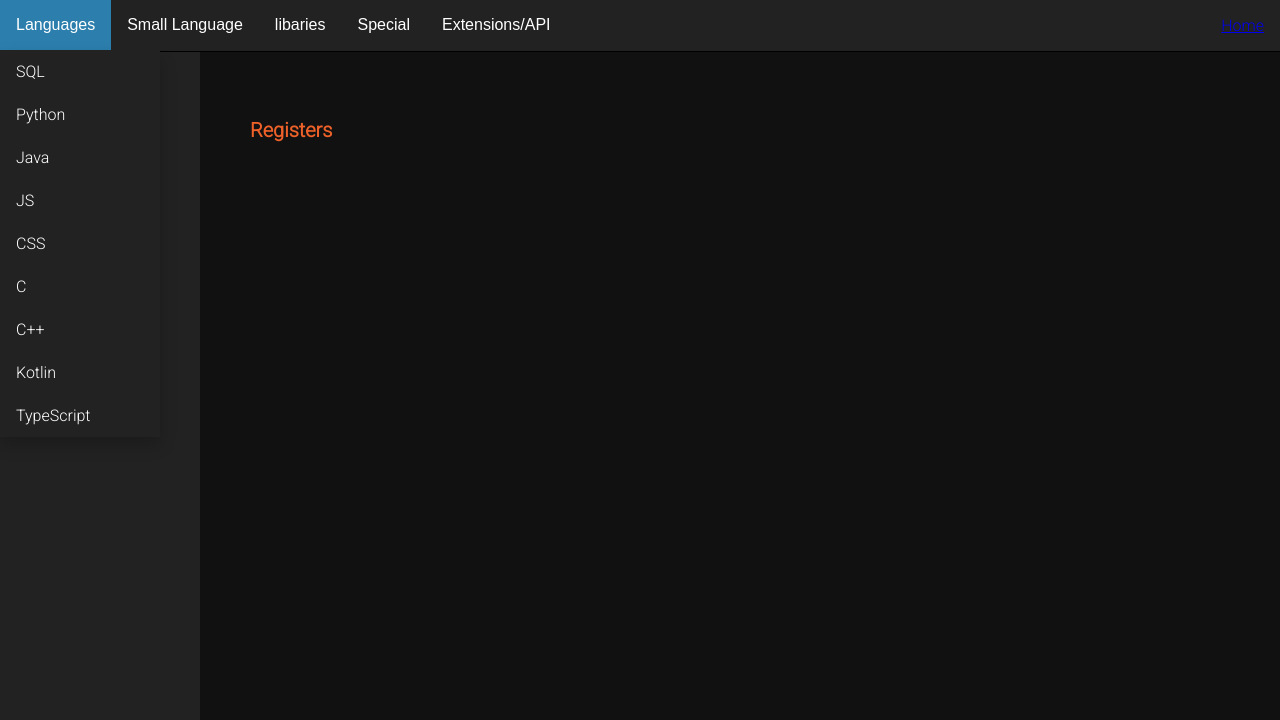
Repository: Max-Rohrhirsch/Max-Rohrhirsch.github.io
Page: documentation/special/OS/asm_dif.html
An editor plug-in stored every save of this project. The page is shown before and after the next save, followed by the edit.
The browser window is 1280 px wide. The pictures show the whole page.

Above is the page before, as saved 2023-10-29 17:26:22.

After the next save:
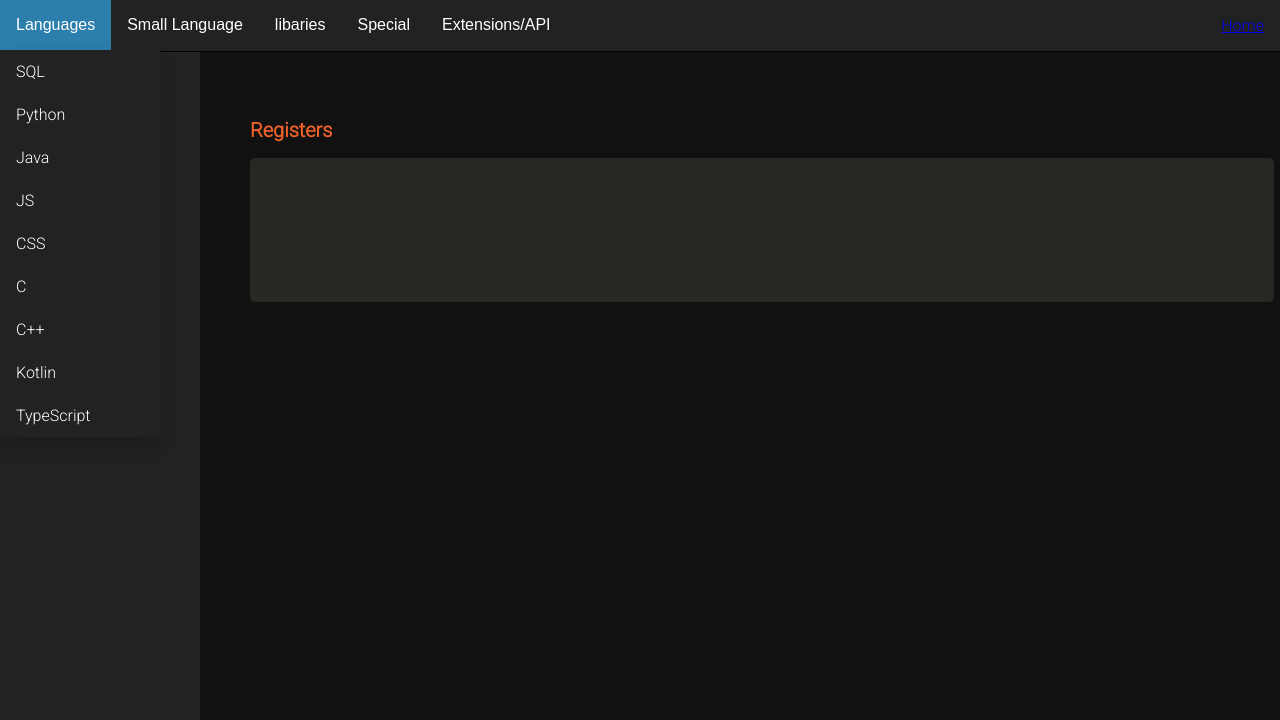
Saved 8 s later.
--- a/documentation/special/OS/asm_dif.html
+++ b/documentation/special/OS/asm_dif.html
@@ -1,12 +1,17 @@
 <script src="/jquery.js"></script>
 <div id="includeHeader"></div>
-    <!-- ------ SIDE NAVIGATION BAR ----- -->
-    <div class="sidenav">
-        <a href="/documentation/special/OS/OS.html">OS</a>
-        <a href="/documentation/special/OS/ASM.html">ASM</a>
+<!-- ------ SIDE NAVIGATION BAR ----- -->
+<div class="sidenav">
+    <a href="/documentation/special/OS/OS.html">OS</a>
+    <a href="/documentation/special/OS/ASM.html">ASM</a>
+</div>
+
+<div class="main">
+<h2>Registers</h2>
+        <pre>
+            <code class="language-nasm">
+
+            </code>
+        </pre>
     </div>
-
-    <div class="main">
-    <h2>Registers</h2>
-            <pre>
-                <code class="language-nasm">
+<div id="includeFooter"></div>
